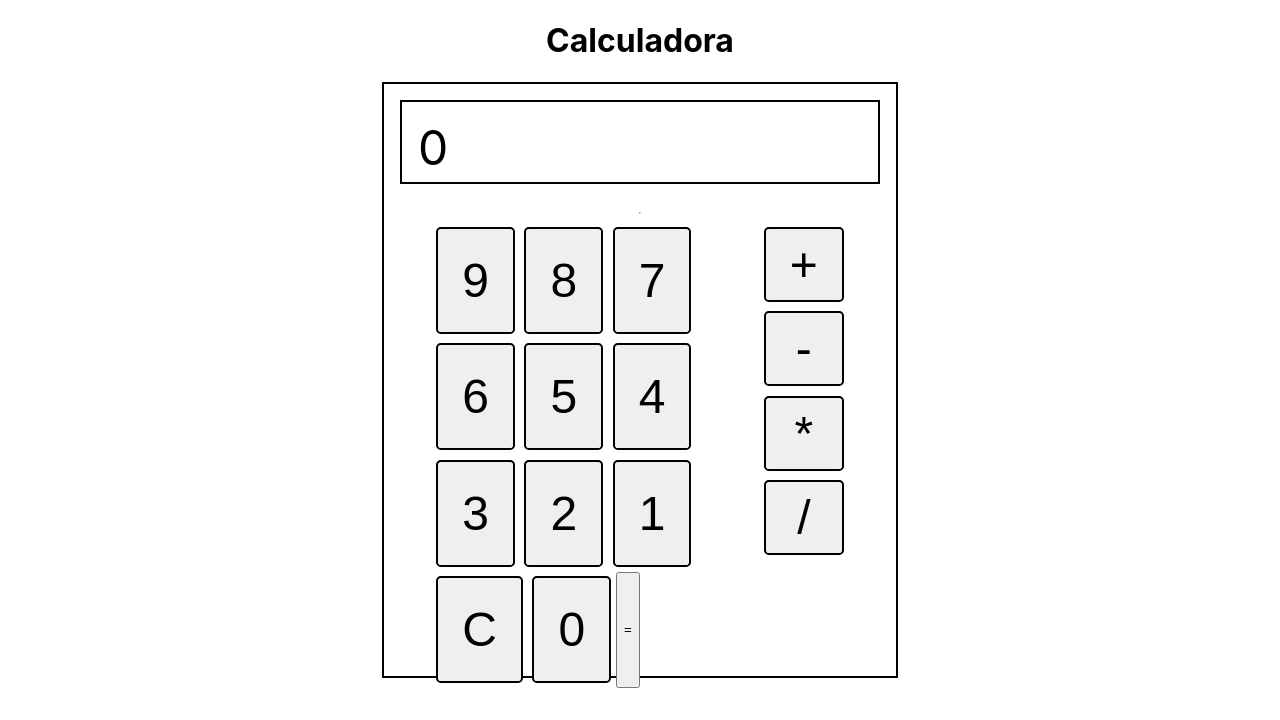
Repository: yamaka/curso-react-febrero-2022
Page: /
These files come from the project's save history. The page is drawn as it stood at one moment and after the next save; the edit follows.
The browser window is 1280 px wide. The pictures show the whole page.
The project was rebuilt for these pictures with package versions that can differ from the ones it lists, and the page was loaded fresh each time. Also part of the build but not shown: src/App.css, src/components/Zanahoria/Zanahoria.css, src/components/Zanahoria/Zanahoria.js, src/components/Zanahorias/Zanahorias.js, src/components/Lechuga/Lechuga.css, src/components/Lechuga/Lechuga.js, src/components/Calculadora/Calculadora.css, src/components/Calculadora/Calculadora.js and 3 more.

Above is the page before, as saved 2022-03-02 19:18:47.

After the next save:
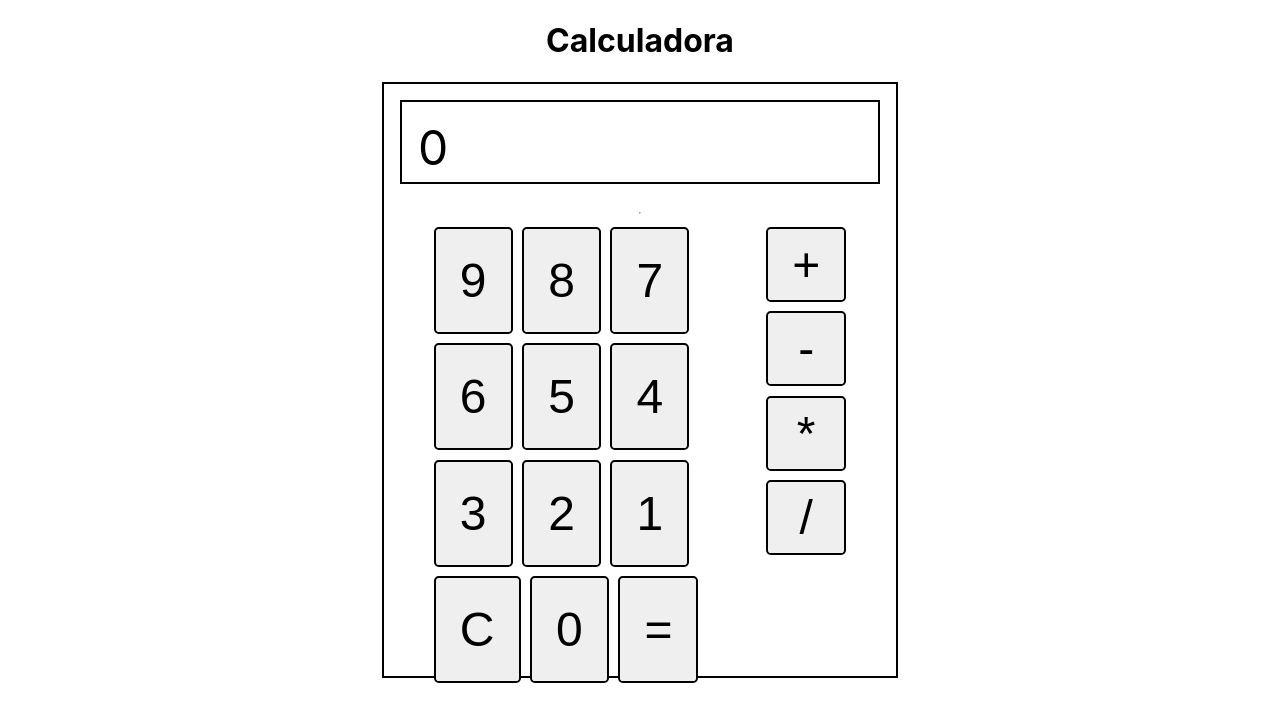
Saved 16 s later.
--- a/src/hooks/components/BotonIgual/BotonIgual.js
+++ b/src/hooks/components/BotonIgual/BotonIgual.js
@@ -1,7 +1,11 @@
 import React from "react";
 
 const BotonIgual = ({ onPress }) => {
-  return <button onClick={() => onPress()}>=</button>;
+  return (
+    <button className="boton-numerico" onClick={() => onPress()}>
+      =
+    </button>
+  );
 };
 
 export default BotonIgual;
